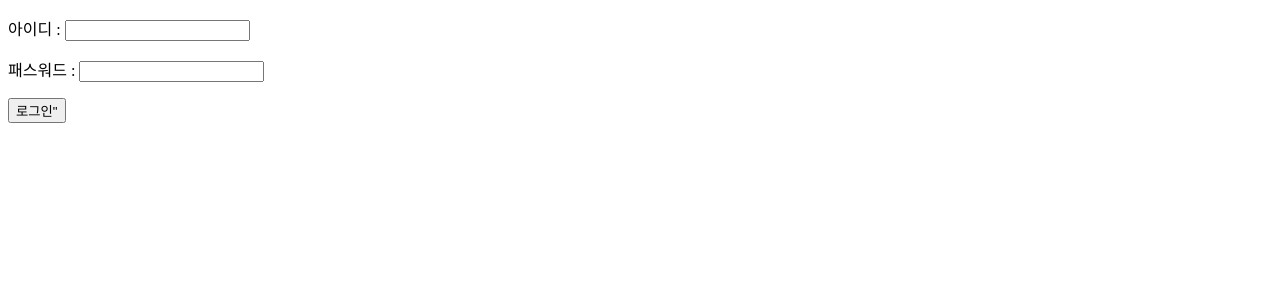
Repository: sunyeongan/Univ_lecture
Page: http://localhost/week11/login.jsp
These files come from the project's save history. The page is drawn as it stood at one moment and after the next save; the edit follows.
The browser window is 1280 px wide. The pictures show the whole page.
The page is served by Tomcat 9.

Above is the page before, as saved 2022-05-10 02:13:15.

### WebSever_2022/work/week11/week11/src/main/webapp/login.jsp
<%@ page language="java" contentType="text/html; charset=UTF-8"
    pageEncoding="UTF-8"%>
<!DOCTYPE html>
<html>
<head>
<meta charset="UTF-8">
<title>로그인 </title>
</head>
<body>
	<form action = "login_pro.jsp" method="POST" ></form>
		<p> 아이디 : <input type = "text" name = 'id'>
		<p> 패스워드 : <input type = "passwd" name = "passwd">
		<p> <input type = "submit" value = 로그인">
</body>
</html>

After the next save:
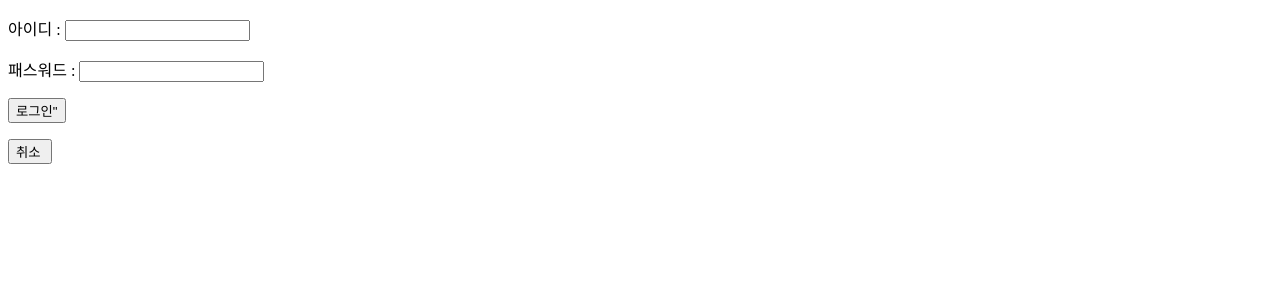
Saved 16 s later.
--- a/WebSever_2022/work/week11/week11/src/main/webapp/login.jsp
+++ b/WebSever_2022/work/week11/week11/src/main/webapp/login.jsp
@@ -11,5 +11,6 @@
 		<p> 아이디 : <input type = "text" name = 'id'>
 		<p> 패스워드 : <input type = "passwd" name = "passwd">
 		<p> <input type = "submit" value = 로그인">
+		<p> <input type = "submit" value = "취소 ">
 </body>
 </html>
